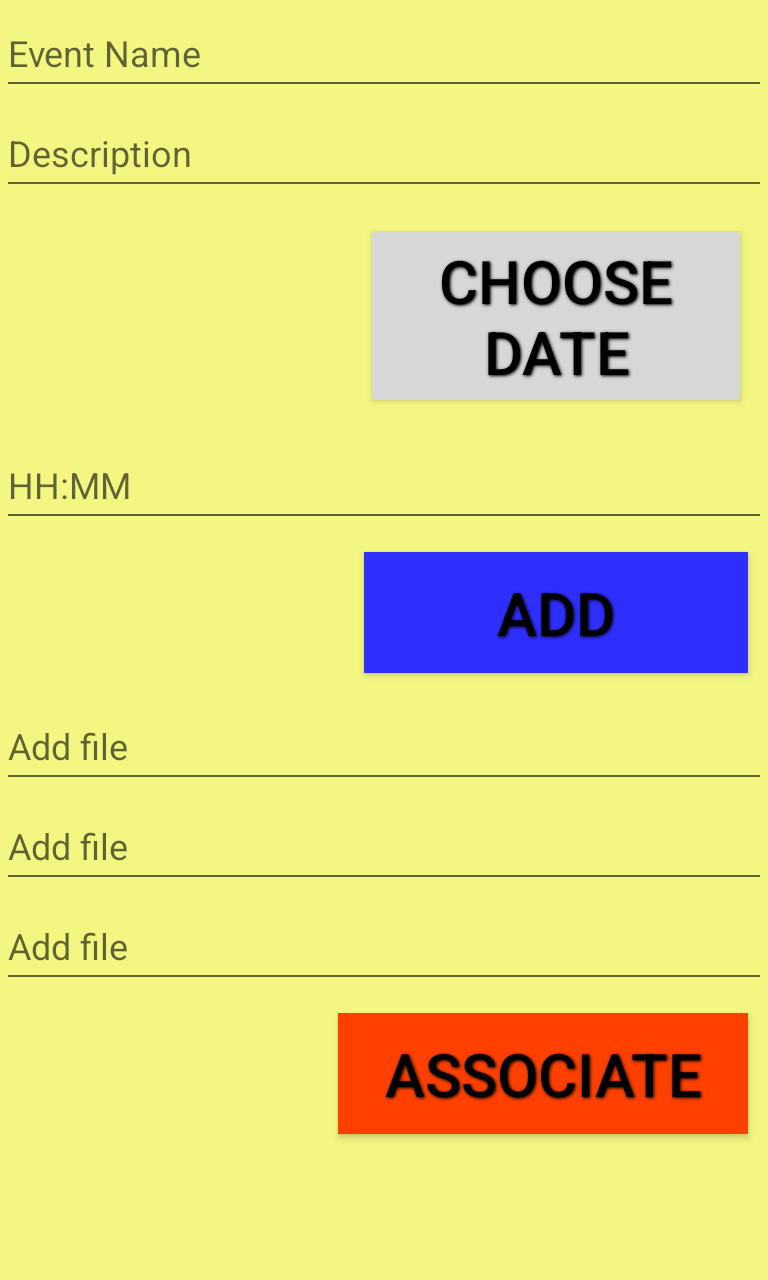
Repository: bluenavy/requirements
Layout: workspace/RetentionScheduler/res/layout/create_event.xml
These files come from the project's save history. The layout is drawn as it stood at one moment and after the next save; the edit follows.
It is drawn on a 768 x 1280 px phone screen (xhdpi) without system bars, with theme AppTheme; the app's code is not run.

Above is the layout before, as saved 2015-03-19 21:52:43.

### workspace/RetentionScheduler/res/layout/create_event.xml
<?xml version="1.0" encoding="utf-8"?>
<LinearLayout xmlns:android="http://schemas.android.com/apk/res/android"
    android:layout_width="match_parent"
    android:layout_height="match_parent"
    android:orientation="vertical"
   	android:background="#F3F781"
    android:weightSum="1">

    <EditText
        android:id="@+id/event_name"
	    android:layout_width="match_parent"
	    android:layout_height="50dp"
	    android:textColor="#000000"
	    android:hint="@string/event_name"/>

    <EditText
       	android:id="@+id/description_name"
	    android:layout_width="match_parent"
	    android:layout_height="50dp"
        android:textColor="#000000"
	    android:hint="@string/hint_desc"/>

    <Button android:id="@+id/myDatePickerButton"
        style="@style/ButtonText"
        android:layout_width="192dp"
        android:layout_height="wrap_content"
      	android:layout_gravity="end"
        android:textColor="#000000"
        android:padding="10dp"
        android:onClick="onClick"
        android:text="Choose Date"/>

    <EditText
       	android:id="@+id/time"
	    android:layout_width="match_parent"
	    android:layout_height="50dp"
        android:textColor="#000000"
	    android:hint="@string/hint_time"/>

    <Button
        android:id="@+id/add_events"
        style="@style/ButtonText"
        android:layout_width="192dp"
        android:layout_height="wrap_content"
      	android:layout_gravity="end"
        android:textColor="#000000"
        android:padding="10dp"
        android:onClick="onClick"
        android:text="Add"
        android:background="#2E2EFE"
        />

    <EditText
        android:id="@+id/file"
        android:layout_width="match_parent"
    	android:layout_height="50dp"
        android:textColor="#000000"
        android:hint="Add file"/>

    <EditText
        android:id="@+id/file1"
        android:layout_width="match_parent"
    	android:layout_height="50dp"
        android:textColor="#000000"
        android:hint="Add file"/>

    <EditText
        android:id="@+id/file2"
        android:layout_width="match_parent"
    	android:layout_height="50dp"
        android:textColor="#000000"
        android:hint="Add file"/>

    <Button
        android:id="@+id/associate_notes"
        style="@style/ButtonText"
        android:layout_width="205dp"
        android:layout_height="wrap_content"
        android:layout_marginLeft="50dp"
        android:layout_marginRight="50dp"
        android:textColor="#000000"
        android:padding="10dp"
        android:text="Associate"
        android:layout_gravity="right"
        android:background="#FF4000"/>

</LinearLayout>

### workspace/RetentionScheduler/res/values/strings.xml

<resources xmlns:android="http://schemas.android.com/apk/res/android">

    <string name="app_name">Retention Scheduler</string>
    <string name="create_event">CREATE EVENT</string>
    <string name="edit_event">EDIT EVENT</string>

    <string name="action_settings">Settings</string>
    <string android:id="@+id/string1" android:layout_height="wrap_content" android:layout_width="wrap_content" name="delete_event">DELETE EVENT</string>
    <string android:layout_width="wrap_content" android:id="@+id/string1" android:layout_height="wrap_content" name="event_name">Event Name</string>
    <string android:id="@+id/string1" android:layout_width="wrap_content" android:layout_height="wrap_content" name="activity_title">This is an activity!</string>
    <color android:id="@+id/color1" android:layout_width="wrap_content" android:layout_height="wrap_content" name="white_color">#ffffff</color>
    <string android:layout_height="wrap_content" android:id="@+id/string1" android:layout_width="wrap_content" name="open_activity_title">Open daw!</string>
    <color android:id="@+id/color1" android:layout_height="wrap_content" android:layout_width="wrap_content" name="create_color">#D1CEBA</color>
    <color android:layout_width="wrap_content" android:id="@+id/color1" android:layout_height="wrap_content" name="background">#FFFEE6</color>
	<color android:id="@+id/color1" android:layout_width="wrap_content" android:layout_height="wrap_content" name="edit_color">#D1CEBA</color>
	<color android:id="@+id/color1" android:layout_height="wrap_content" android:layout_width="wrap_content" name="delete_color">#D1CEBA</color>

	<style name="ButtonText">
       <item name="android:layout_width">match_parent</item>
        <item name="android:layout_height">wrap_content</item>
        <item name="android:textColor">#F8E5C7</item>
        <item name="android:gravity">center</item>
        <item name="android:layout_margin">10dp</item>
        <item name="android:textStyle">normal</item>
        <item name="android:textSize">30sp</item>
        <item name="android:shadowColor">#000000</item>
        <item name="android:shadowDx">1</item>
        <item name="android:shadowDy">1</item>
        <item name="android:shadowRadius">2</item>
    </style>
	<string android:id="@+id/string1" android:layout_width="wrap_content" android:layout_height="wrap_content" name="hint_desc">Description</string>
	<string android:layout_width="wrap_content" android:id="@+id/string1" android:layout_height="wrap_content" name="add_events">ADD</string>
	<string android:layout_width="wrap_content" android:layout_height="wrap_content" android:id="@+id/string1" name="assoc_note">ASSOCIATE FILES</string>
	<string android:id="@+id/string1" android:layout_width="wrap_content" android:layout_height="wrap_content" name="assoc_slide">ASSOCIATE SLIDES</string>
	<string android:id="@+id/string1" android:layout_height="wrap_content" android:layout_width="wrap_content" name="hint_date">MM/DD/YYYY</string>
	<string android:layout_width="wrap_content" android:layout_height="wrap_content" android:id="@+id/string1" name="hint_time">HH:MM</string>
	<color android:id="@+id/color1" android:layout_width="wrap_content" android:layout_height="wrap_content" name="text_color">#F8E5C7</color>
</resources>

Loaded but not shown: workspace/RetentionScheduler/res/values/styles.xml (common file); workspace/RetentionScheduler/res/values-v11/styles.xml (common file); workspace/RetentionScheduler/res/values-v14/styles.xml (common file)

After the next save:
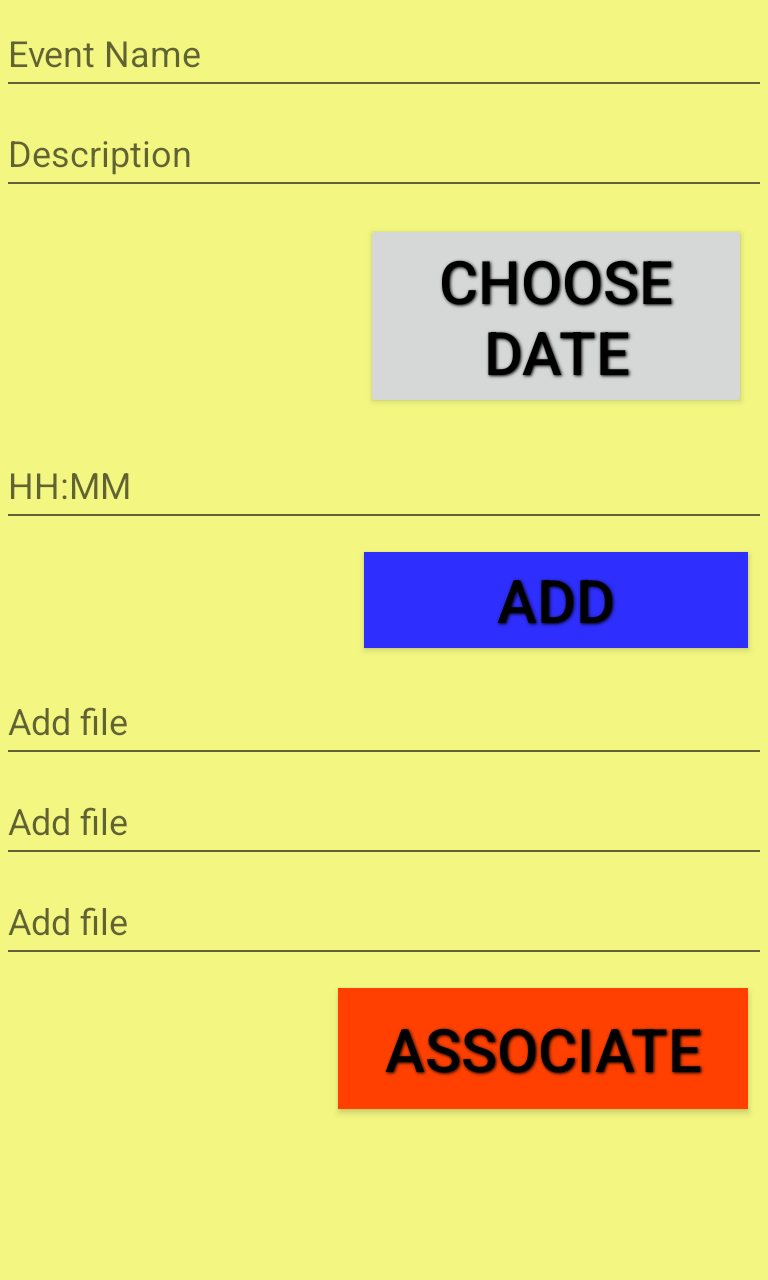
Saved 34 s later.
--- a/workspace/RetentionScheduler/res/layout/create_event.xml
+++ b/workspace/RetentionScheduler/res/layout/create_event.xml
@@ -44,8 +44,6 @@
         android:layout_height="wrap_content"
       	android:layout_gravity="end"
         android:textColor="#000000"
-        android:padding="10dp"
-        android:onClick="onClick"
         android:text="Add"
         android:background="#2E2EFE"
         />
